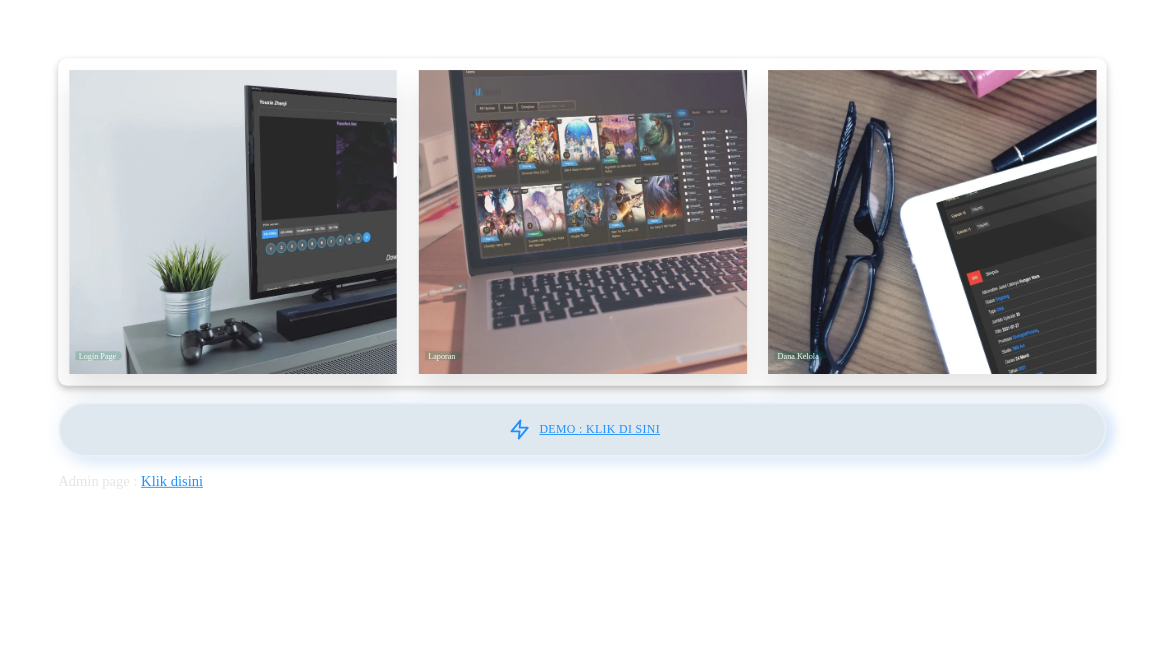
Repository: yusup-maulana/yusup-maulana.github.io
Page: portofolio-websiteRAP.html
An editor plug-in stored every save of this project. The page is shown before and after the next save, followed by the edit.
The browser window is 1280 px wide. The pictures show the whole page, at 91% of full size.
Some web fonts or font styles are not loaded; a fallback is used.

Above is the page before, as saved 2023-10-06 22:25:43.

After the next save:
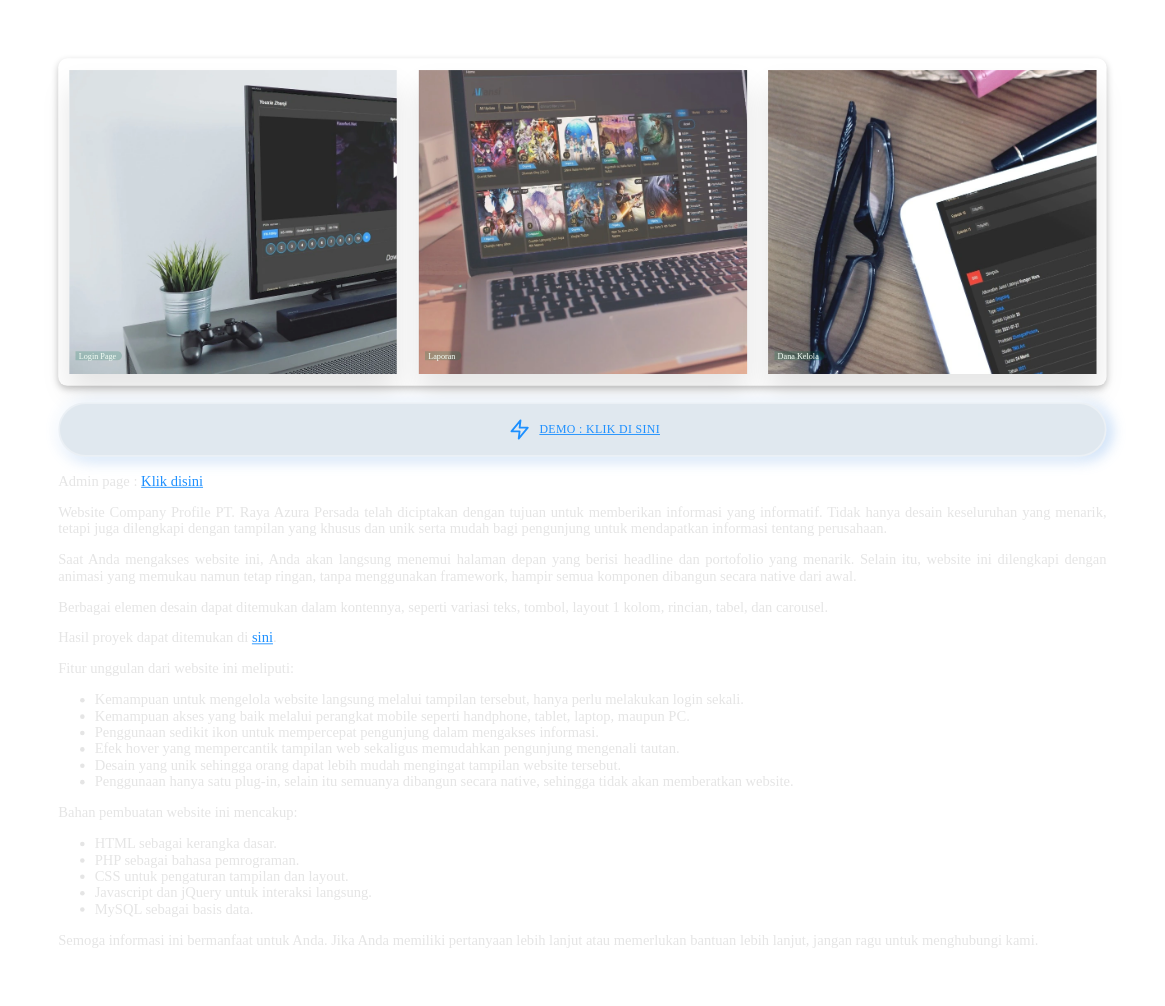
Saved 26 s later.
--- a/portofolio-websiteRAP.html
+++ b/portofolio-websiteRAP.html
@@ -175,4 +175,69 @@
     href="https://maulanaproject1.000webhostapp.com/anime/admin_utama.php"
     >Klik disini</a
   >
+
+  <p>
+    Website Company Profile PT. Raya Azura Persada telah diciptakan dengan
+    tujuan untuk memberikan informasi yang informatif. Tidak hanya desain
+    keseluruhan yang menarik, tetapi juga dilengkapi dengan tampilan yang khusus
+    dan unik serta mudah bagi pengunjung untuk mendapatkan informasi tentang
+    perusahaan.
+  </p>
+
+  <p>
+    Saat Anda mengakses website ini, Anda akan langsung menemui halaman depan
+    yang berisi headline dan portofolio yang menarik. Selain itu, website ini
+    dilengkapi dengan animasi yang memukau namun tetap ringan, tanpa menggunakan
+    framework, hampir semua komponen dibangun secara native dari awal.
+  </p>
+
+  <p>
+    Berbagai elemen desain dapat ditemukan dalam kontennya, seperti variasi
+    teks, tombol, layout 1 kolom, rincian, tabel, dan carousel.
+  </p>
+
+  <p>Hasil proyek dapat ditemukan di <a href="link hasil proyek">sini</a>.</p>
+
+  <p>Fitur unggulan dari website ini meliputi:</p>
+  <ul>
+    <li>
+      Kemampuan untuk mengelola website langsung melalui tampilan tersebut,
+      hanya perlu melakukan login sekali.
+    </li>
+    <li>
+      Kemampuan akses yang baik melalui perangkat mobile seperti handphone,
+      tablet, laptop, maupun PC.
+    </li>
+    <li>
+      Penggunaan sedikit ikon untuk mempercepat pengunjung dalam mengakses
+      informasi.
+    </li>
+    <li>
+      Efek hover yang mempercantik tampilan web sekaligus memudahkan pengunjung
+      mengenali tautan.
+    </li>
+    <li>
+      Desain yang unik sehingga orang dapat lebih mudah mengingat tampilan
+      website tersebut.
+    </li>
+    <li>
+      Penggunaan hanya satu plug-in, selain itu semuanya dibangun secara native,
+      sehingga tidak akan memberatkan website.
+    </li>
+  </ul>
+
+  <p>Bahan pembuatan website ini mencakup:</p>
+  <ul>
+    <li>HTML sebagai kerangka dasar.</li>
+    <li>PHP sebagai bahasa pemrograman.</li>
+    <li>CSS untuk pengaturan tampilan dan layout.</li>
+    <li>Javascript dan jQuery untuk interaksi langsung.</li>
+    <li>MySQL sebagai basis data.</li>
+  </ul>
+
+  <p>
+    Semoga informasi ini bermanfaat untuk Anda. Jika Anda memiliki pertanyaan
+    lebih lanjut atau memerlukan bantuan lebih lanjut, jangan ragu untuk
+    menghubungi kami.
+  </p>
 </body>
